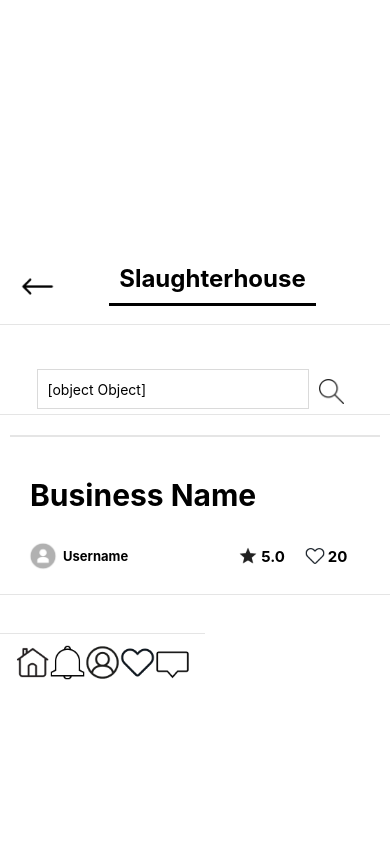
Repository: Evelyn-ZYW/FarmilyFrontEnd
Screen: / (app in react_native_app/MyApp/)
An editor plug-in stored every save of this project. The screen is shown before and after the next save, followed by the edit.
Pictures or frames that could not be fetched are drawn as grey boxes. The app was drawn by React Native's web renderer in a window 390 px wide. The project was rebuilt for these pictures with package versions that can differ from the ones it lists, and the page was loaded fresh each time. Also part of the build but not shown: react_native_app/MyApp/storybook/stories/CenterView/style.js, react_native_app/MyApp/comps/ForumPost/index.js, react_native_app/MyApp/pages/ForumBoard/index.js, react_native_app/MyApp/comps/MsgBox/index.js, react_native_app/MyApp/pages/MessageMain/index.js, react_native_app/MyApp/comps/TradePost/index.js, react_native_app/MyApp/pages/MpBoard/index.js, react_native_app/MyApp/comps/ShListing/index.js and 43 more.

Above is the screen before, as saved 2020-11-15 18:42:57.

### react_native_app/MyApp/App.js
/**
 * Sample React Native App
 * https://github.com/facebook/react-native
 *
 * @format
 * @flow strict-local
 */

import React from 'react';
import { View, StyleSheet, ScrollView } from 'react-native';
import { NativeRouter, Route, Link } from "react-router-native";
import {NavigationContainer} from '@react-navigation/native';
import MapView from 'react-native-maps';

import ForumBoard from './pages/ForumBoard';
import MessageMain from './pages/MessageMain';
import MpBoard from './pages/MpBoard';
import ShMain from './pages/ShMain';
import ShFilter from './pages/ShFilter';
import ShInfo from './pages/ShInfo';
import Main1 from './pages/Main1';
import Main2 from './pages/Main2';
import OneDiscussion from './pages/OneDiscussion';
import Home from './pages/Home';
import Login from './pages/Login';
import SignUp from './pages/SignUp';
import ForgetP from './pages/ForgetP';
import ResetP from './pages/ResetP';
import ShBusiness from './pages/ShBusiness';

// Rauqel's pages
import ComfirmInfo from './pages/ComfirmInfo';
import PopUp from './pages/Popup';
import Profile from './pages/Profile';
import Favorite from './pages/Favorite';
import Notification from './pages/Notification';
import MpDiscussion from './pages/MpDiscussion';
import PostDiscussion from './pages/PostDiscussion';
import AuthNavigator from './AuthNavigation/AuthNavigator';

{/* <View style={styles.container}>
    {/* <ForumBoard /> */}
    {/* <MessageMain /> */}
    {/* <MpBoard /> */}
    // <ShMain />
    // <ShFilter />
    {/* <PopUp /> */}
    {/* <Main1 /> */}
    {/* <Main2 /> */}
    {/* <Profile/> */}
    {/* <Favorite/> */}
    {/* <ComfirmInfo /> */}
    {/* <Notification/> */}
    {/* <OneDiscussion /> */}
        {/* <MpDiscussion /> */}
        {/*<PostDiscussion />*/}
    {/*<Home />*/}
    {/* <Login /> */}
    {/*<SignUp /> */}
    {/*<ForgetP />*/}
    {/* <ResetP /> */}




const App = () => {
  return (
  // <NavigationContainer>
  //   <AuthNavigator/>
  // </NavigationContainer>
  <ShInfo />
  );
};

const styles = StyleSheet.create({
  container: {
    flex: 1,
    //  marginTop:"10%",
    //  marginBottom:"5%",
    //  backgroundColor:"#DADADA",
    //  justifyContent:"center",
    //  alignItems:"center"
  }
})

export default App;
// export { default } from './storybook';

### react_native_app/MyApp/pages/ShInfo/index.js
import React from 'react';
import { View, StyleSheet, ScrollView, Image} from 'react-native';
import MapView from 'react-native-maps';


import Header from '../../comps/Header';
import UserTextInput from '../../comps/Inputs';
import MapCont from '../../comps/MapCont';
import ShBusinessComp from '../../comps/ShBusinessComp';
import Navigation from '../../comps/Navigation';

const styles = StyleSheet.create({
    container: {
        flex: 1,
        justifyContent: "center"
    },
    scroll: {
        maxHeight:"100%",
        width:"100%",
        marginTop: 80
    },
    icon: {
        resizeMode: "contain",
        maxWidth: 25,
        maxHeight: 25,
        margin: 10
    },
    midcont:{
        display: "flex",
        marginTop: 40,
        alignItems: 'center',
        justifyContent: "center"
    },
    continput:{
        width: 200,
        height: 200
    },
    userinput:{
        display: "flex",
        flexDirection: "row",
        justifyContent: "center",
        marginBottom:10,
        borderBottomColor:"#E5E5E5",
        borderBottomWidth:1.5,
        minWidth: "100%",
        minHeight: "15%",
    },
    Navi:{
        position:"absolute",
        top:698
    },
});

const ShInfo = () => {
    return (
        <View style={styles.container}>
            <View>
                <Header
                    text="Slaughterhouse"
                    iconRight={require('../../public/more.png')}
                    iconLeft={require('../../public/back.png')}
                    bottomColor="#00AC64"
                />
            </View>

            <View style={styles.midcont}>
                <ScrollView style={styles.scroll}>
                   <View style={styles.userinput}>
                        <UserTextInput
                        placeholder="Search"
                        />
                        <Image
                            source={require('../../public/search.png')}
                            style={styles.icon}
                        />
                    </View>

                    <MapCont style-={styles.continput} >
                        <MapView
                            initialRegion={{
                            latitude: 37.78825,
                            longitude: -122.4324,
                            latitudeDelta: 0.0922,
                            longitudeDelta: 0.0421,
                            }}
                    />
                    </MapCont>

                    <View>
                        <ShBusinessComp />
                    </View>
                </ScrollView>
            </View>


            <View style={styles.Navi}><Navigation /></View>
        </View>
    );
};

export default ShInfo;

### react_native_app/MyApp/comps/Header/index.js
import React from "react";
import { View, Text, StyleSheet, Image } from "react-native";

const styles = StyleSheet.create({
    headerBox:{
        position: "absolute",
        top: 0,
        borderBottomColor:"#E5E5E5",
        borderBottomWidth:1.5,
        minWidth: "100%",
        minHeight: "15%",
    },
    innerHeadBox:{
        // borderWidth: 1,
        alignItems:"center",
        flexDirection:"row",
        margin:5,
        justifyContent:"space-between",

    },
    innerText:{
        borderBottomWidth:3,
        padding:10,
        marginBottom:13,
        justifyContent:"center",

    },
    headIconL:{
        position:"relative",
        left:15,
        maxHeight:35,
        maxWidth:35,
        resizeMode:"contain"
    },
    headText:{
        fontWeight:"bold",
        fontSize:24,
    },
    headIconR:{
        position:"relative",
        right:15,
        maxHeight:35,
        maxWidth:35,
        resizeMode:"contain"
    },
    logo:{
        resizeMode:"contain",
        maxWidth:300,
    }
});

const Header = ({iconLeft, text, iconRight, bottomColor, logo}) => {
  return (
    <View style={styles.headerBox}>
        <Image source={logo} style={styles.logo} />
        <View style={styles.innerHeadBox}>
            <Image source={iconLeft} style={styles.headIconL}/>
            <View style={styles.innerText} borderBottomColor={bottomColor}>
                <Text style={styles.headText}>{text}</Text>
            </View>
            <Image source={iconRight} style={styles.headIconR}/>
        </View>
    </View>
  );
};

Header.defaultProps = {
    iconLeft:null,
    text: null,
    iconRight:null,
    bottomColor: null,
    logo: null
};

export default Header;

### react_native_app/MyApp/comps/Navigation/index.js
import React from "react";
import { View, Text, StyleSheet, Image } from "react-native";




const styles = StyleSheet.create({
  naviBox: {
    position: "absolute",
    bottom: 10,
    justifyContent: "space-around",
    alignItems: "center",
    flexDirection: "row",
    borderTopWidth: 1.5,
    borderTopColor: "#E5E5E5",
    minWidth: "100%",
    backgroundColor:"white",
    paddingLeft:15,
    paddingRight:15
    // zIndex: 2,

  },
  icons: {
    width: 35,
    marginTop: "2%",
    resizeMode: "contain",

  }
});

const Navigation = ({ }) => {
  return (
    <View style={styles.naviBox}>
      <Image source={require('../../public/home.png')} style={styles.icons} />
      <Image source={require('../../public/notification.png')} style={styles.icons} />
      <Image source={require('../../public/profile.png')} style={styles.icons} />
      <Image source={require('../../public/heart.png')} style={styles.icons} />
      <Image source={require('../../public/chat.png')} style={styles.icons} />
    </View>
  );
};

Navigation.defaultProps = {

};

export default Navigation;

### react_native_app/MyApp/comps/Inputs/index.js
import React, { Component } from "react";
import { TextInput, StyleSheet } from "react-native";

const UserTextInput = ({text, placeholder}) => {
  const [value, onChangeText] = React.useState({text});

  return (

    <TextInput
      style={{
        height: 40,
        width: 272,
        borderColor: "#DADADA",
        borderWidth: 1,
        padding:10
      }}
      onChangeText={(text) => onChangeText(text)}

      value={value}
      placeholder={placeholder}
      placeholderTextColor="#000000"
    />
  );
};
const styles = StyleSheet.create({
  container: {
    backgroundColor:"#797",
    flex:1,
  }
});
UserTextInput.defaultProps = {
  text: "yes",
  placeholder:"placeholder"
};
export default UserTextInput;

### react_native_app/MyApp/comps/MapCont/index.js
import React, { Component } from "react";
import {View, StyleSheet } from "react-native";

const MapCont = ({width, height}) => {

  return (
    <View style={styles.mapCont}
    width={width}
    height={height}
    >
    </View>

  );
};
const styles = StyleSheet.create({
  mapCont: {
    flex:1,
    borderColor:"#E5E5E5",
    borderWidth:1.5,
    margin: 10
  }
});

MapCont.defaultProps = {
    width: 360,
    height: 360
};
export default MapCont;

### react_native_app/MyApp/comps/ShBusinessComp/index.js
import React from "react";
import { View, Text, StyleSheet, Image } from "react-native";
import ShHeart from "../ShHeart";
import ShReview from "../ShReview";
import ShUser from "../ShUser";

const styles = StyleSheet.create({
    ShBuisnessCont:{
      paddingTop:30,
      paddingLeft:20,
      paddingRight:30,
      paddingBottom:15,
      borderBottomColor:"#E5E5E5",
      borderBottomWidth: 1.5,
      backgroundColor:"#FFFFFF",
    },
    ShBusinName:{
      fontSize: 30,
      fontWeight:"bold",
      marginLeft:10,
      marginBottom:20
    },
    ShBusinBox:{
      display:"flex",
      flexDirection:"row",
    },
    ShBusinBoxStar:{
      display:"flex",
      flexDirection:"row",
      position: "relative",
      left: "30%"
    },
    ShBusinBoxHeart:{
      display:"flex",
      flexDirection:"row",
      position: "relative",
      left: "30%"
    }

});

const ShBusinessComp = ({NameText}) => {
  return (
    <View style={styles.ShBuisnessCont}>
        <Text style={styles.ShBusinName}>{NameText}</Text>
        <View style={styles.ShBusinBox}>
          <ShUser/>
          <View style={styles.ShBusinBoxStar}><ShReview /></View>
          <View style={styles.ShBusinBoxHeart}><ShHeart /></View>
        </View>
    </View>
  );
};

ShBusinessComp.defaultProps = {
  NameText:"Business Name"
};

export default ShBusinessComp;

### react_native_app/MyApp/comps/ShHeart/index.js
import React from "react";
import { View, Text, StyleSheet, Image } from "react-native";

const styles = StyleSheet.create({
    ShReviewCont:{
        display:"flex",
        flexDirection:"row",
        alignItems:"center",
        marginLeft:20
    },
    Shheart:{
        width:20,
        height:20
    },
    ShFavoriteNumber:{
        fontSize:15,
        fontWeight:"bold",
        marginLeft:3
    }
});

const ShHeart = ({ShFavNum}) => {
  return (
    <View style={styles.ShReviewCont}>
        <Image source={require('./heart.png')} style={styles.Shheart}/>
        <Text style={styles.ShFavoriteNumber}>{ShFavNum}</Text>
    </View>
  );
};

ShHeart.defaultProps = {
    ShFavNum:"20"
};

export default ShHeart;

### react_native_app/MyApp/comps/ShReview/index.js
import React from "react";
import { View, Text, StyleSheet, Image } from "react-native";

const styles = StyleSheet.create({
    ShReviewCont:{
        display:"flex",
        flexDirection:"row",
        alignItems:"center",
    },
    ShStar:{
        width:20,
        height:20
    },
    ShReviewNumber:{
        fontSize:15,
        fontWeight:"bold",
        marginLeft:3
    }
});

const ShReview = ({ShreviewNum}) => {
  return (
    <View style={styles.ShReviewCont}>
        <Image source={require('./star.png')} style={styles.ShStar}/>
        <Text style={styles.ShReviewNumber}>{ShreviewNum}</Text>
    </View>
  );
};

ShReview.defaultProps = {
    ShreviewNum:"5.0"
};

export default ShReview;

### react_native_app/MyApp/comps/ShUser/index.js
import React from "react";
import { View, Text, StyleSheet, Image } from "react-native";

const styles = StyleSheet.create({
    ShUserCont:{
        display:"flex",
        flexDirection:"row",
        alignItems:"center",
        margin:8
    },
    userimg:{
        width:30,
        height:30
    },
    username:{
        fontSize:13,
        fontWeight:"bold",
        textAlign:"center",
        marginLeft:5
    }

});

const ShUser = ({userImg,userName}) => {
  return (
    <View style={styles.ShUserCont}>
        <Image //Will use Expo ImagePicker API here instead, just need guidance for this part...
                source={userImg} style={styles.userimg}/>
        <Text //needs to link with backend
        style={styles.username}>{userName}</Text>

    </View>
  );
};

ShUser.defaultProps = {
  NameText:"Default",
  userImg: require('./user.png'),
  userName:"Username"
};

export default ShUser;

After the next save:
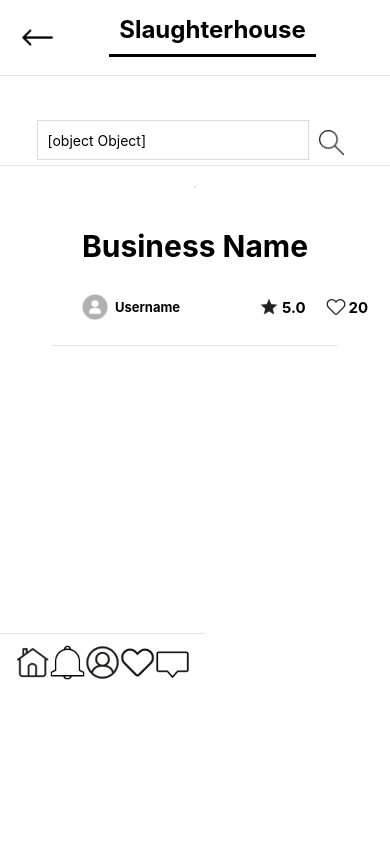
Saved 3 min 2 s later.
--- a/react_native_app/MyApp/pages/ShInfo/index.js
+++ b/react_native_app/MyApp/pages/ShInfo/index.js
@@ -63,8 +63,8 @@ const ShInfo = () => {
                 />
             </View>
 
-            <View style={styles.midcont}>
-                <ScrollView style={styles.scroll}>
+            <ScrollView style={styles.scroll}>
+                <View style={styles.midcont}>
                    <View style={styles.userinput}>
                         <UserTextInput
                         placeholder="Search"
@@ -89,9 +89,8 @@ const ShInfo = () => {
                     <View>
                         <ShBusinessComp />
                     </View>
-                </ScrollView>
-            </View>
-
+                </View>
+            </ScrollView>
 
             <View style={styles.Navi}><Navigation /></View>
         </View>
